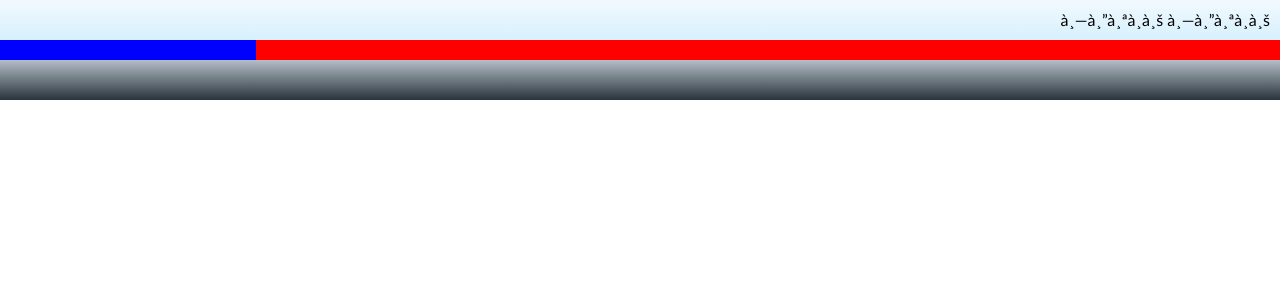
Repository: pleanoma/TooDoo
Page: http://localhost/TooDoo/Home.jsp
These files come from the project's save history. The page is drawn as it stood at one moment and after the next save; the edit follows.
The browser window is 1280 px wide. The pictures show the whole page.
The page is served by Tomcat 9.

Above is the page before, as saved 2013-11-27 08:14:11.

After the next save:
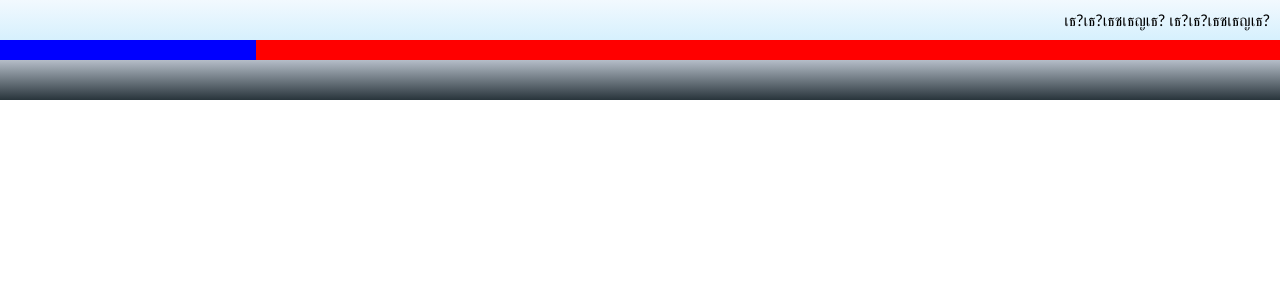
Saved 18 s later.
--- a/TooDoo/WebContent/Home.jsp
+++ b/TooDoo/WebContent/Home.jsp
@@ -1,4 +1,4 @@
-<%@ page language="java" contentType="text/html; charset=ISO-8859-1" pageEncoding="ISO-8859-1"%>
+<%@ page language="java" contentType="text/html; charset=tis-620" pageEncoding="tis-620"%>
 <!DOCTYPE html PUBLIC "-//W3C//DTD HTML 4.01 Transitional//EN" "http://www.w3.org/TR/html4/loose.dtd">
 <html>
 <head>
